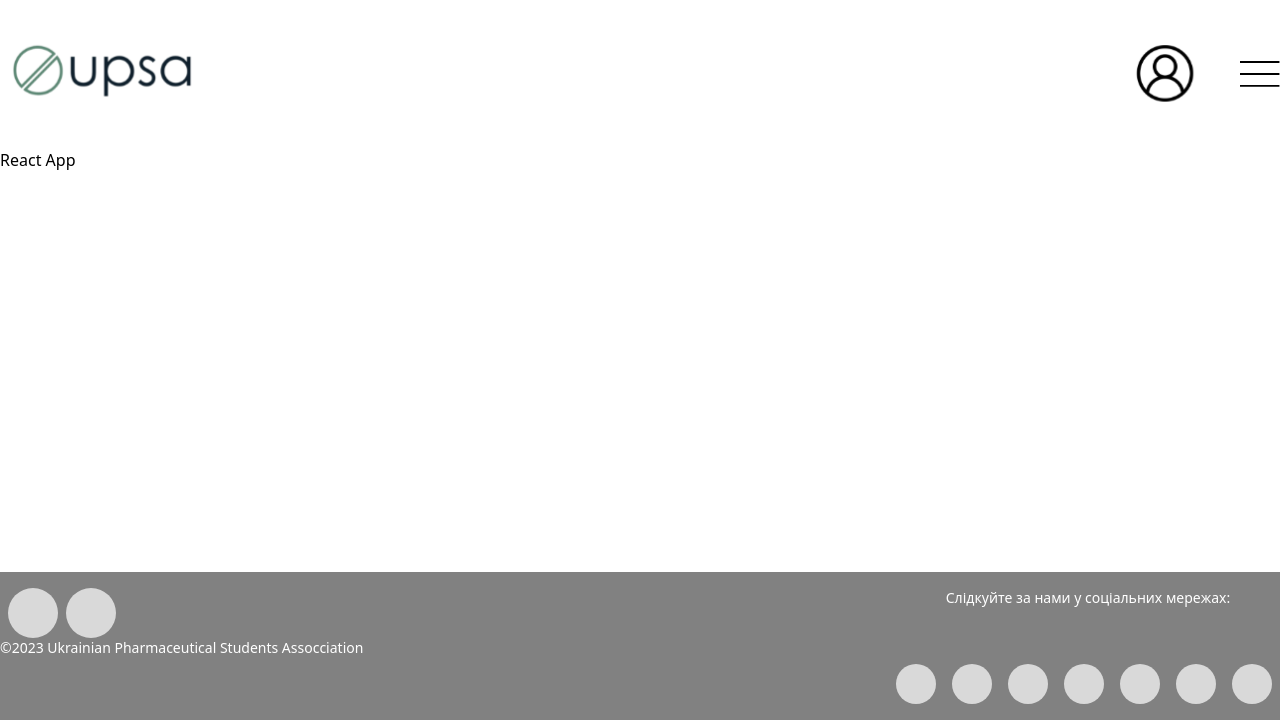
Repository: Alina-Khmilevska/UPSA-React
Page: /
These files come from the project's save history. The page is drawn as it stood at one moment and after a run of saves; the edit follows.
The browser window is 1280 px wide. The pictures show the whole page.
The project was rebuilt for these pictures with package versions that can differ from the ones it lists, and the page was loaded fresh each time. Also part of the build but not shown: src/components/header/menu/burgermenu/Menu.css.

Above is the page before, as saved 2023-09-26 16:34:38.

### src/App.js
import './App.css';
import Footer from './components/footer/Footer';
import Header from './components/header/Header';

export default function App() {
  return (
    <div className="flex flex-col min-h-screen">
      <Header />
      <main className="flex-1">
        <h1>React App</h1>
      </main>
      <Footer className="mt-auto" />
    </div>
  )
}

### src/App.css
.App {
  text-align: center;
}
.upsa-bg-grey {
  background-color: #818181;
}
.upsa-bg-button {
  background-color: #4A4948;
}

### src/components/footer/Footer.jsx
import React from "react";
import LanguageIcons from "../shared/icons/LanguageIcons";
import SocialIcons from "../shared/icons/SocialIcons";

const Footer = () => {
    return (
        <footer className="upsa-bg-grey text-white py-4">
            <div className="flex flex-row justify-between">
                <div className="flex flex-col justify-start">
                    <LanguageIcons />

                    <p className="text-sm">
                        &copy;{new Date().getFullYear()} Ukrainian Pharmaceutical Students Assocciation
                    </p>
                </div>
                <div className="flex flex-col justify-center items-center">
                    <p className="text-center text-sm">
                    Слідкуйте за нами у соціальних мережах:
                    </p>
                    <SocialIcons />
                </div>
            </div>
        </footer>
    );
};

export default Footer;

### src/components/header/Header.jsx
import React, { useState } from "react";
import Logo from "./logo/Logo";
import BurgerIcon from "./menu/burgermenu/icons/BurgerIcon";
import Account from "./menu/account/Account";
import Menu from "./menu/burgermenu/Menu";


const Header = () => {
  const [isMenuOpen, setIsMenuOpen] = useState(false);

  const handleMenuToggle = () => {
    setIsMenuOpen(!isMenuOpen);
  };

  const handleCloseMenu = () => {
    setIsMenuOpen(false);
  };
  return (
    <header className="bg-white font-inter">
      <div className="container mx-auto flex items-center justify-between">
        <Logo />
        <div className="flex items-center justify-between">
          <Account />
          <BurgerIcon onClick={handleMenuToggle} />
          <Menu isOpen={isMenuOpen} onClose={handleCloseMenu} />
        </div>
      </div>
    </header>
  );
};

export default Header;

### src/components/shared/icons/LanguageIcons.jsx
import React from "react";
import Ellipse from "../../../assets/images/icons/tmp/ellipse.svg";

const LanguageIcons = () => {
    return (
        <div className="flex flex-row">
            <div className="px-2">
                <img src={Ellipse} alt="Ellipse" width={50} height={50} />
            </div>
            <img src={Ellipse} alt="Ellipse" width={50} height={50} />
        </div>
    );
};

export default LanguageIcons;

### src/components/shared/icons/SocialIcons.jsx
import React from "react";
import Ellipse from "../../../assets/images/icons/tmp/ellipse.svg";

const SocialIcons = () => {
    return (
        <div className="flex justify-start mt-14">
            <div className="pr-2">
                <img
                    src={Ellipse}
                    alt="Ellipse"
                    width={40}
                    height={40}
                />
            </div>
            <div className="px-2">
                <img
                    src={Ellipse}
                    alt="Ellipse"
                    width={40}
                    height={40}
                />
            </div>
            <div className="px-2">
                <img
                    src={Ellipse}
                    alt="Ellipse"
                    width={40}
                    height={40}
                />
            </div>
            <div className="px-2">
                <img
                    src={Ellipse}
                    alt="Ellipse"
                    width={40}
                    height={40}
                />
            </div>
            <div className="px-2">
                <img
                    src={Ellipse}
                    alt="Ellipse"
                    width={40}
                    height={40}
                />
            </div>
            <div className="px-2">
                <img
                    src={Ellipse}
                    alt="Ellipse"
                    width={40}
                    height={40}
                />
            </div>
            <div className="px-2">
                <img
                    src={Ellipse}
                    alt="Ellipse"
                    width={40}
                    height={40}
                />
            </div>

        </div>
    );
};

export default SocialIcons;

### src/components/header/logo/Logo.jsx
// Logo.jsx
import React from "react";
import ReactLogo from "../../../assets/images/icons/logo.svg";

const Logo = () => {
  return (
    <div className="text-2xl font-bold">

      <a href="/">
        <img src={ReactLogo}
          alt="Logo" width={210} height={150} />
      </a>
    </div>
  );
};

export default Logo;

### src/components/header/menu/burgermenu/icons/BurgerIcon.jsx
// BurgerIcon.jsx
import React from "react";
import Icon from "../../../../../assets/images/icons/burgerIcon.svg";

const BurgerIcon = ({ onClick }) => {
  return (
    <div className="cursor-pointer" onClick={onClick}>
      <img
        src={Icon}
        alt="Burger Icon"
        width={40}
        height={40}
      />
    </div>
  );
};

export default BurgerIcon;

### src/components/header/menu/account/Account.jsx
// Account.jsx
import React from "react";
import Icon from "../../../../assets/images/icons/account.svg";

const Account = ({ onClick }) => {
  return (
    <div className="mr-10">
    <a className="cursor-pointer" href="#">
      <img
        src={Icon}
        alt="Account Icon"
        width={70}
        height={56}
      />
    </a>
    </div>
  );
};

export default Account;

### src/components/header/menu/burgermenu/Menu.jsx
// Menu.jsx
import React from "react";
import CloseIcon from "./icons/CloseIcon";
import SocialIcons from "../../../shared/icons/SocialIcons";
import "./Menu.css";
import LanguageIcons from "../../../shared/icons/LanguageIcons";

const Menu = ({ isOpen, onClose }) => {
    const menuStyle = {
        width: isOpen ? "50%" : "0",
        right: isOpen ? "0" : "-50%",
    };

    return (
        <div
            className="upsa-bg-grey h-full text-white fixed top-0 right-0 transition-all duration-300 ease-in-out px-20"
            style={menuStyle}
        >
            <CloseIcon onClick={onClose} />
            <ul className="mt-32 mr-4 text-4xl font-light leading-loose">
                <li>Проекти</li>
                <li>Події</li>
                <li>Стати членом асоціації</li>
                <li>EPSA -Student Science ward</li>
                <li>Контакти</li>
                <li>Support Ukraine</li>
            </ul>

            <button className="upsa-bg-button rounded-md px-12 py-1 mt-10">
                <a href="#" className="font-light">
                    Увійти як член управління
                </a>
            </button>
            <SocialIcons />


            <div className="flex flex-row justify-between mt-14">
                <a href="mailto:upsa@gmail.com" className="font-light">
                    upsa@gmail.com
                </a>
                <LanguageIcons />
            </div>
        </div>
    );
};

export default Menu;

### src/components/header/menu/burgermenu/icons/CloseIcon.jsx
import React from "react";
import Icon from "../../../../../assets/images/icons/close.svg";

const CloseIcon = ({ onClick }) => {
  return (
    <button className="absolute top-10 right-10" onClick={onClick}>
      <img
        src={Icon}
        alt="Close Icon"
        width={50}
        height={50}
      />
    </button>
  );
};

export default CloseIcon;

Loaded but not shown: public/index.html (common file); src/index.js (common file); src/index.css (common file); src/reportWebVitals.js (common file); tailwind.config.js (common file)

After the next 2 saves:
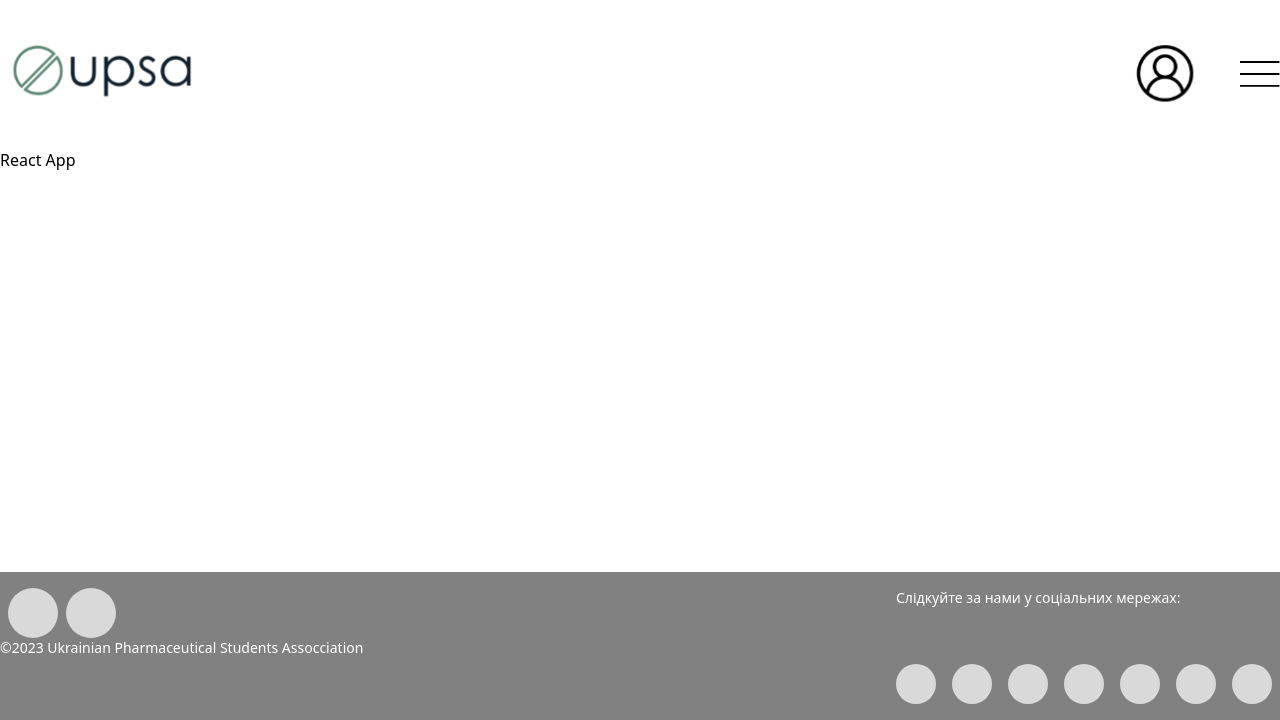
The 2 saves are shown as one change because they came seconds apart.
The last was saved 9 s later.
--- a/src/components/footer/Footer.jsx
+++ b/src/components/footer/Footer.jsx
@@ -13,9 +13,9 @@
                         &copy;{new Date().getFullYear()} Ukrainian Pharmaceutical Students Assocciation
                     </p>
                 </div>
-                <div className="flex flex-col justify-center items-center">
-                    <p className="text-center text-sm">
-                    Слідкуйте за нами у соціальних мережах:
+                <div className="flex flex-col ">
+                    <p className="text-sm">
+                        Слідкуйте за нами у соціальних мережах:
                     </p>
                     <SocialIcons />
                 </div>
